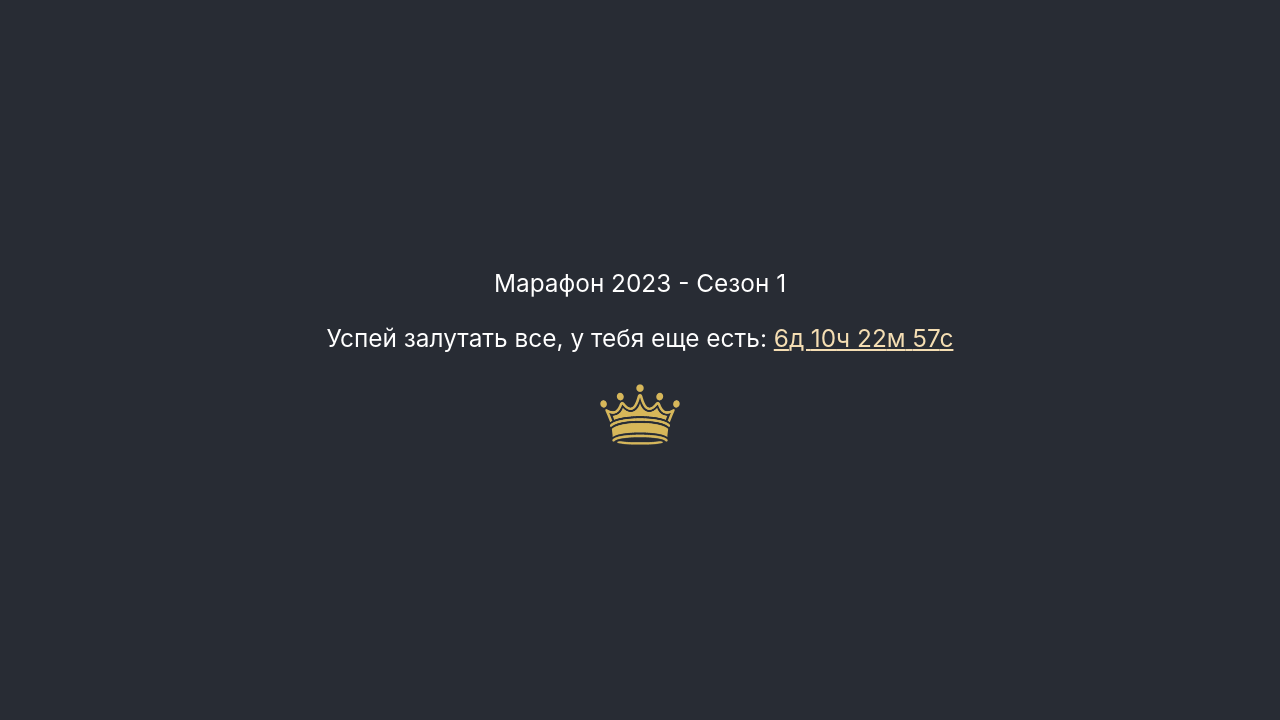
Repository: bandikost/capers
Page: /main
An editor plug-in stored every save of this project. The page is shown before and after the next save, followed by the edit.
The browser window is 1280 px wide. The pictures show the whole page.
The page's requests for data from a server got no answer. The project was rebuilt for these pictures with package versions that can differ from the ones it lists, and the page was loaded fresh each time. No one was signed in, and anything a server would have sent is missing.

Above is the page before, as saved 2023-04-10 16:56:46.

After the next save:
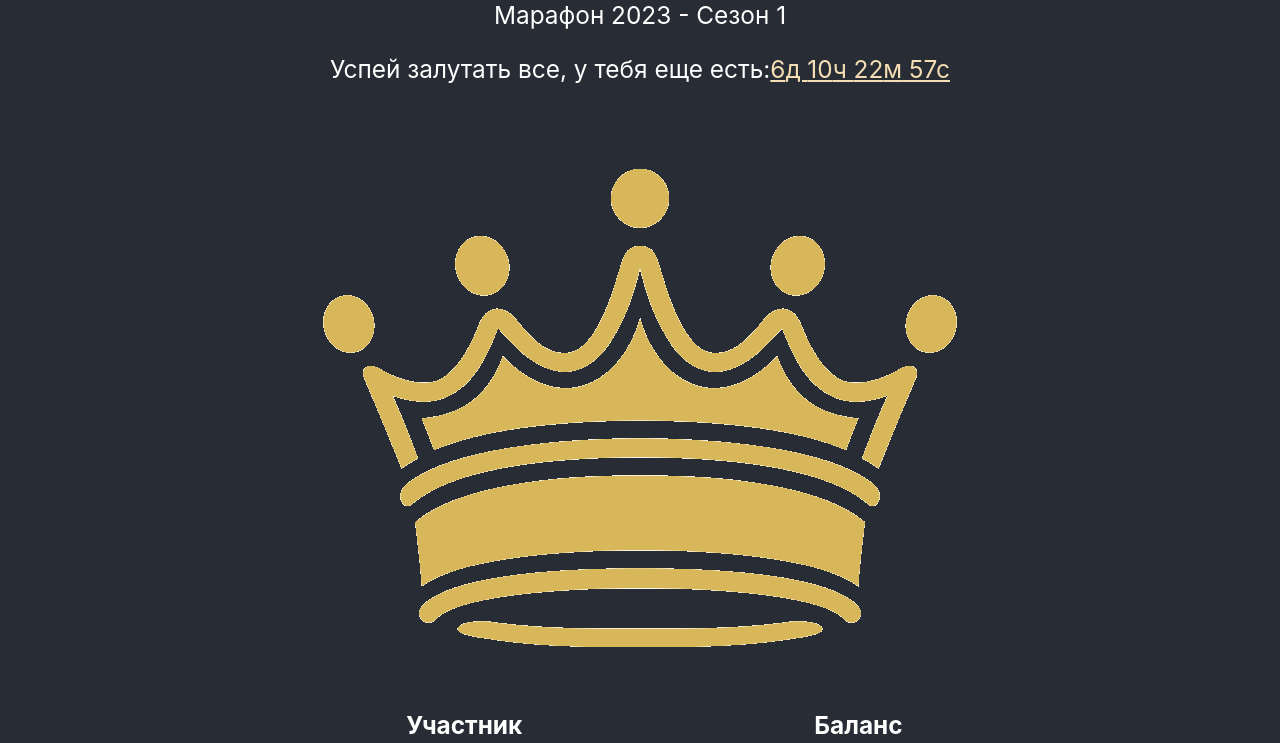
Saved 41 s later.
--- a/src/components/Main.jsx
+++ b/src/components/Main.jsx
@@ -68,53 +68,45 @@ export const Main = () => {
     <div className="container">
       Марафон 2023 - Сезон 1
       <p>
-       Успей залутать все, у тебя еще есть: <span style={{color: "wheat", textDecoration: "underline"}}>
-       {timeRemaining.days}д {timeRemaining.hours}ч {timeRemaining.minutes}м{" "}
-        {timeRemaining.seconds}с
+        Успей залутать все, у тебя еще есть:
+        <span style={{ color: "wheat", textDecoration: "underline" }}>
+          {timeRemaining.days}д {timeRemaining.hours}ч {timeRemaining.minutes}м{" "}
+          {timeRemaining.seconds}с
         </span>
       </p>
-      <img src={crown}  style={{display: "flex", width:"100px", margin: "0 auto 0", padding: "0"}} />
-    <div className="table">
-      {sortedBalances.map((entry, index) => (
-        <div className="cell" key={entry[0]} data-number={index + 1}>
-          <p >{name[entry[0]]}</p>
-          <hr />
-          {editingUser === entry[0] ? (
-            <div>
-
-
-
-             <input style={{width: "150px"}}
-              type="text"
-              value={balance[entry[0]]}
-              onChange={(e) => {
-              const oldValue = balance[entry[0]];
-              const newValue = e.target.value;
-              firebase.database().ref(`balance/${entry[0]}`).set(newValue);
-              setbalance({...balance, [entry[0]]: newValue});
-              const diff = newValue - oldValue;
-              const sign = diff >= 0 ? "+" : "-";
-              const absDiff = Math.abs(diff);
-              const message = `${sign}${absDiff}`;
-              const balanceChange = document.getElementById(`balanceChange-${entry[0]}`);
-              balanceChange.innerText = message;
-              balanceChange.style.display = "inline-block";
-              }}
-              />
-           <span id={`balanceChange-${entry[0]}`} style={{marginLeft: "5px", display: "none"}}></span>
-            <button onClick={handleSaveClick}>сохранить</button>
-            </div>
-            ) : (
-            <div>
-            <p>{entry[1]}<span style={{marginLeft: "5px"}}>₽</span><span id={`balanceChange-${entry[0]}`} style={{marginLeft: "5px", display: "none"}}></span></p>
-            <button onClick={() => handleEditClick(entry[0])} className="button" style={{cursor: "pointer"}}>ред.</button>
-            </div>
-          )}
-        </div>
-      ))}
-    </div>
+      <img src={crown} alt="Crown" />
+      <table>
+        <thead>
+          <tr>
+            <th>Участник</th>
+            <th>Баланс</th>
+            <th></th>
+          </tr>
+        </thead>
+        <tbody>
+          {sortedBalances.map(([user, balance]) => (
+            <tr key={user}>
+              <td>{name[user]}</td>
+              <td>
+                {editingUser === user ? (
+                  <input
+                    type="number"
+                    value={balance}
+                    onChange={(e) => setbalance({ ...balance, [user]: e.target.value })}
+                    onBlur={() => handleSaveClick(user, balance)}
+                  />
+                ) : (
+                  <span onDoubleClick={() => handleEditClick(user)}>{balance}</span>
+                )}
+              </td>
+              <td>{diff[user] ? diff[user] : ""}</td>
+            </tr>
+          ))}
+        </tbody>
+      </table>
     </div>
   );
+
 };
 
 export default Main;
